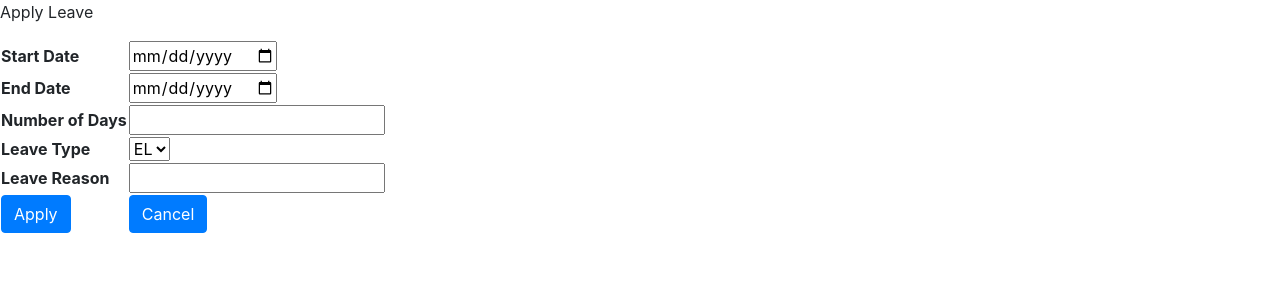
Repository: rkmr039/EMS_PROJECT
Page: http://localhost/EMS/ApplyLeaves.jsp
The author's editor kept a copy of each file at every save. The page is drawn from the files as they stood at one save, then again after the next save.
The browser window is 1280 px wide. The pictures show the whole page.
The page is served by Tomcat 9.

Above is the page before, as saved 2019-08-27 10:51:54.
Console error: TypeError: Cannot read properties of undefined (reading 'fn')

After the next save:
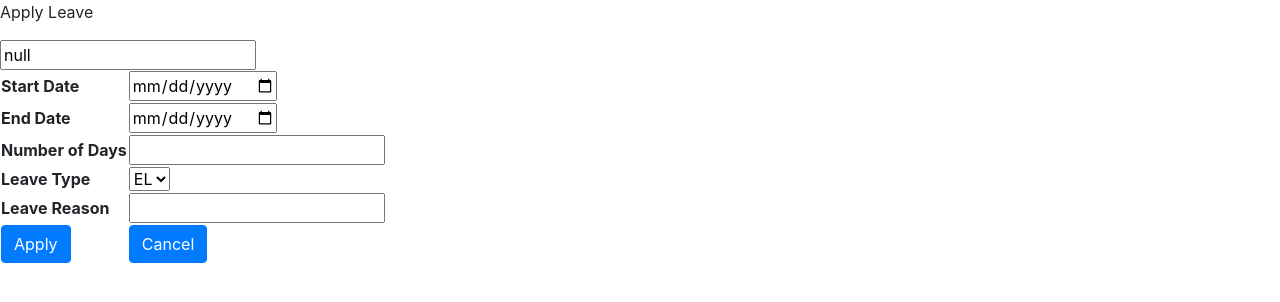
Saved 4 min 32 s later.
--- a/EMS/WebContent/ApplyLeaves.jsp
+++ b/EMS/WebContent/ApplyLeaves.jsp
@@ -12,7 +12,7 @@
 <body>
 	<p id="page">Apply Leave</p>
 	<form method="get" action="Apply.jsp">
-	<input type="text" style="display:none" value=<%=session.getAttribute("EMP_ID") %> name="empId"/>
+	<input type="text" readonly="readonly"  value=<%=session.getAttribute("EMP_ID") %> name="empId"/>
 	<table>
 		<tr>
 			<th >Start Date</th>
